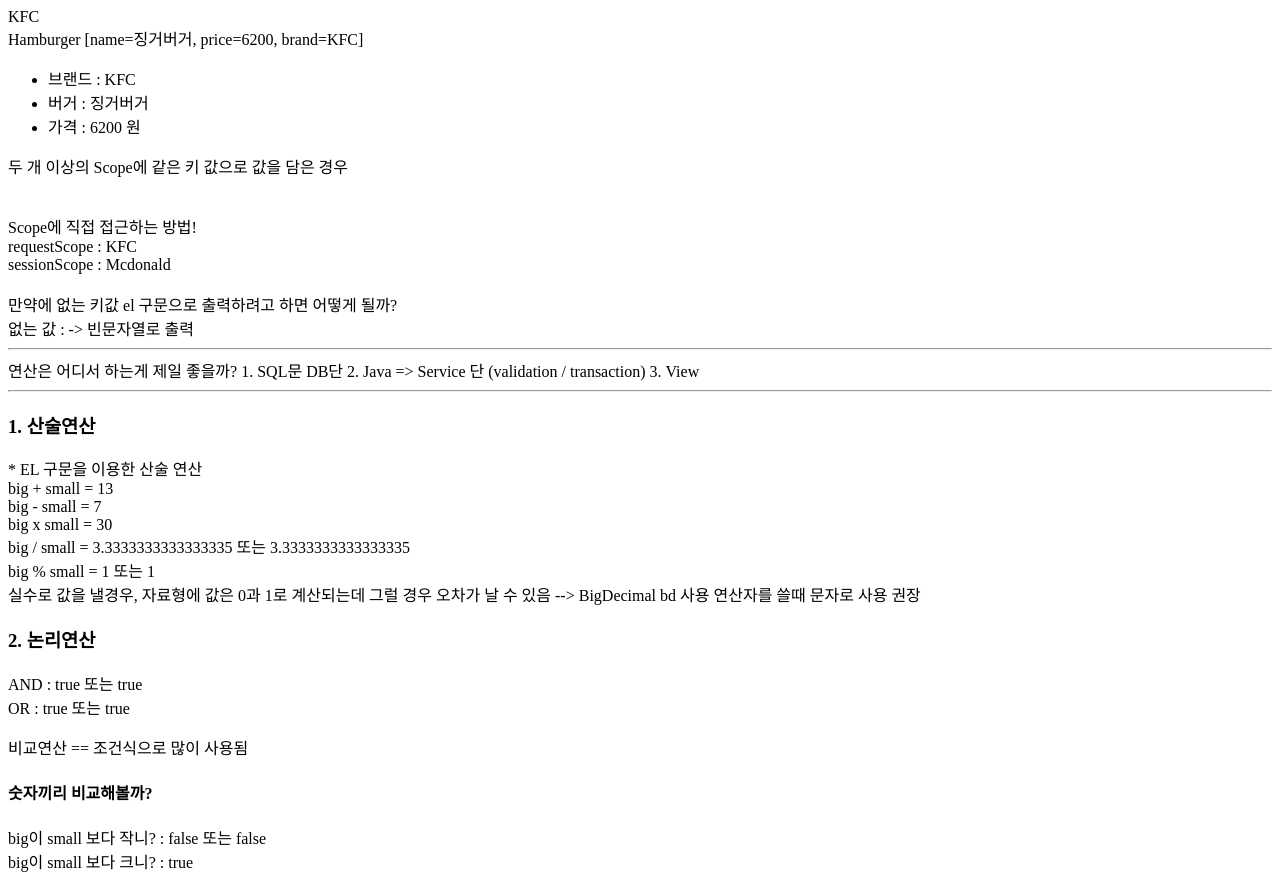
Repository: parkjin-sol/web-workplace
Page: http://localhost/McdonaldProject/sc
These files come from the project's save history. The page is drawn as it stood at one moment and after the next save; the edit follows.
The browser window is 1280 px wide. The pictures show the whole page.
The page is served by Tomcat 9.

Above is the page before, as saved 2025-03-11 02:09:04.

After the next save:
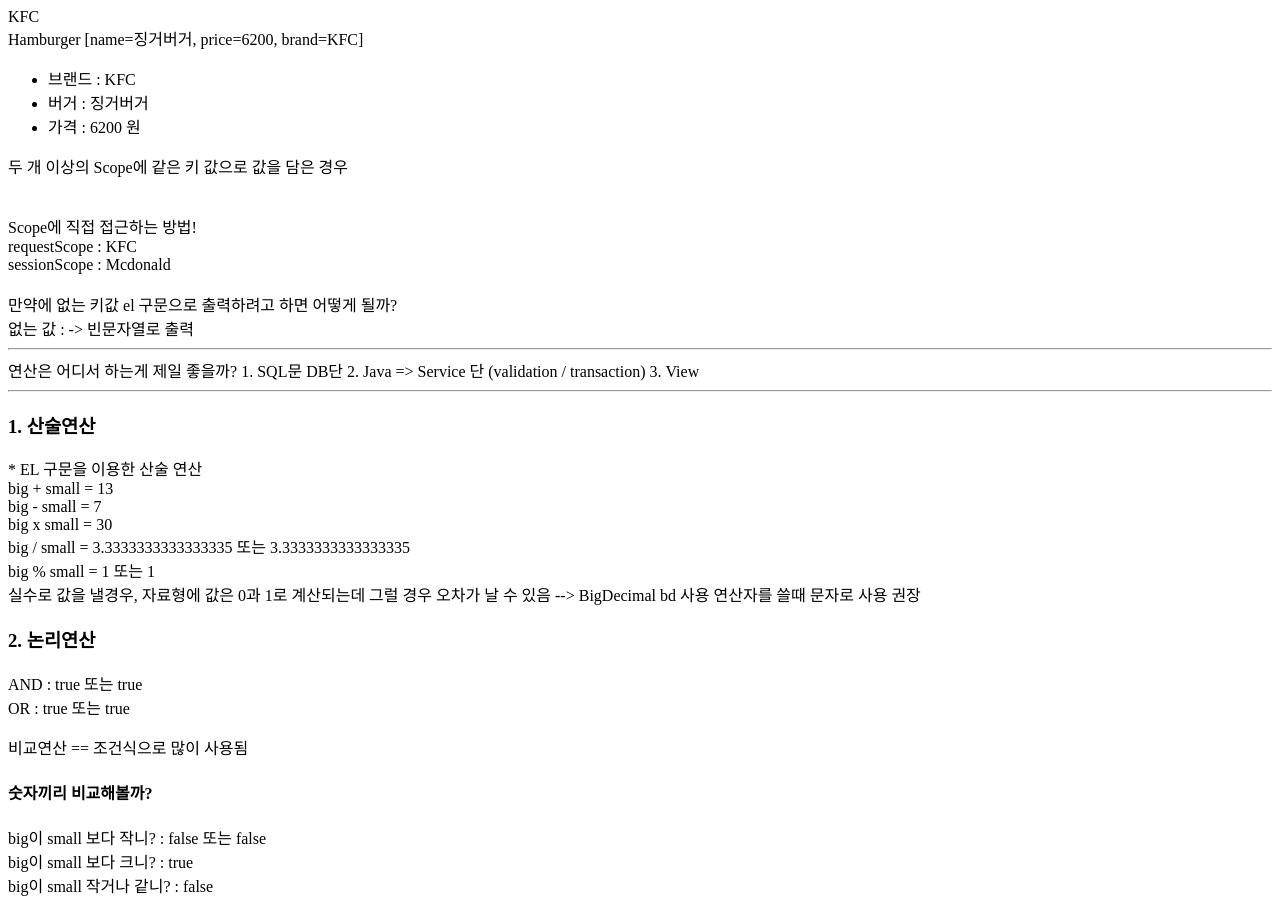
Saved 26 s later.
--- a/McdonaldProject/src/main/webapp/WEB-INF/views/print.jsp
+++ b/McdonaldProject/src/main/webapp/WEB-INF/views/print.jsp
@@ -74,6 +74,7 @@
 	 <p>
 	 	big이 small 보다 작니? : ${ big < small } 또는 ${ big lt small } <br>
 	 	big이 small 보다 크니? : ${ big gt small } <br>
+	 	big이 small 작거나 같니? : ${ big le small } <br>
 
 	 </p>
 
